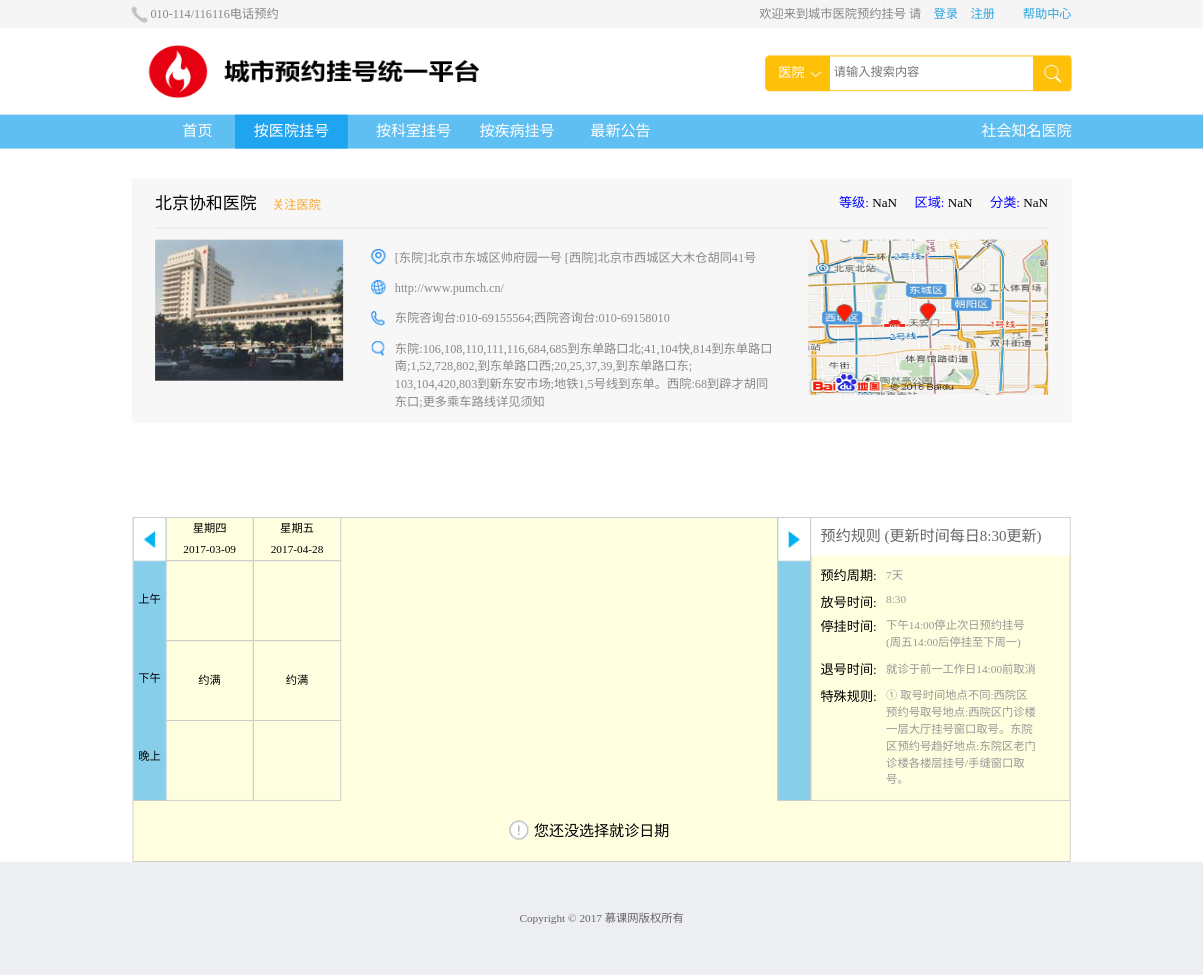
Repository: ScarApocalypse/study
Page: 挂号平台/scheduling.html
These files come from the project's save history. The page is drawn as it stood at one moment and after the next save; the edit follows.
The browser window is 1280 px wide. The pictures show the whole page, at 94% of full size.

Above is the page before, as saved 2019-03-02 10:47:13.

### 挂号平台/scheduling.html
<!DOCTYPE html>
<html lang="en">

<head>
    <meta charset="UTF-8">
    <title>城市预约挂号</title>
    <link rel="stylesheet" href="css/layout.css">
    <link rel="stylesheet" type="text/css" href="css/base.css">
    <link rel="stylesheet" type="text/css" href="css/ui.css">
    <link rel="stylesheet" href="css/hosptial.css">
    <link rel="stylesheet" href="css/hospital_detail.css">
    <link rel="stylesheet" href="css/scheduling.css">
    <script type="text/javascript" src="js/jquery-1.7.1.min.js"></script>
    <script type="text/javascript" src="js/data.js"></script>
    <script src="js/hosptial.js"></script>
</head>

<body>
    <!-- 顶部区域 -->
    <div id="top" class="top">
        <div class="wrap">
            <p class="call">010-114/116116电话预约</p>
            <p class="welcome">欢迎来到城市医院预约挂号&nbsp;请&nbsp;<a href="#">登录</a>
                <a href="#">注册</a>
                &nbsp;&nbsp;&nbsp;&nbsp;
                <a href="#">帮助中心</a>
            </p>

        </div>
    </div>
    <!-- 头部区域 -->
    <div id="header" class="header">
        <div class="wrap">
            <a href="index.html" class="logo">
                <img src="img/logo.png">
            </a>
            <div class="search ui-search">
                <div class="ui-search-selected">医院</div>
                <div class="ui-search-selected-list">
                    <a href="#">科室</a>
                    <a href="#">疾病</a>
                    <a href="#">医院</a>

                </div>
                <input class="ui-search-input" type="text" name="search-content" placeholder="请输入搜索内容">
                <a href="#" class="ui-search-submit"></a>
            </div>
        </div>
    </div>
    <!-- 导航栏区域 -->
    <div id="nav" class="nav">
        <div class="wrap">
            <a href="index.html" class="link">首页</a>
            <a href="hosptial.html" class="link link_focus">按医院挂号</a>
            <a href="#" class="link">按科室挂号</a>
            <a href="#" class="link">按疾病挂号</a>
            <a href="#" class="link">最新公告</a>
            <a href="#" class="link right">社会知名医院</a>
        </div>
    </div>
    <!-- 医院信息 -->
    <div class="hospitalDetail wrap">
        <div class="hospitalDetail-title">
            北京协和医院
            <a href="#" class="focus">关注医院</a>
            <div class="hospitalDetail-title-info">
                <span class="header">等级:</span>
                <span class="text">三级甲等</span>
                <span class="header">区域:</span>
                <span class="text">东城区</span>
                <span class="header">分类:</span>
                <span class="text">中国医科院所属医院</span>
            </div>
        </div>
        <div class="hospitalDetail-content">
            <img src="img/hospital-1.jpg" alt="">
            <img src="img/map-1.png" alt="">
            <div class="address">[东院]北京市东城区帅府园一号 [西院]北京市西城区大木仓胡同41号</div>
            <div class="website">http://www.pumch.cn/</div>
            <div class="phone">东院咨询台:010-69155564;西院咨询台:010-69158010</div>
            <div class="message">东院:106,108,110,111,116,684,685到东单路口北;41,104快,814到东单路口南;1,52,728,802,到东单路口西;20,25,37,39,到东单路口东;<br>103,104,420,803到新东安市场;地铁1,5号线到东单。西院:68到辟才胡同东口;更多乘车路线详见须知</div>
        </div>
    </div>
    <!-- 时间表区域 -->
    <div class="scheduling wrap">

        <div class="scheduling-content">
            <div class="con-left">
                <img src="img/icon-scheduling-left.jpg" alt="">
                <div class="morning">上午</div>
                <div class="afternoon">下午</div>
                <div class="night">晚上</div>
            </div>
            <div class="con-right">
                <img src="img/icon-scheduling-right.jpg" alt="">
            </div>
            <div class="con-middle">
                <div class="schedule">
                    <div class="schedule-item">
                        <div class="date">星期四<br>2017-03-09</div>
                        <div class="morning"></div>
                        <div class="afternoon">约满</div>
                        <div class="night"></div>
                    </div>


                </div>
            </div>

            <div class="rule">
                <div class="rule-caption">预约规则 <span class="addition">(更新时间每日8:30更新)</span></div>
                <div class="rule-content">
                    <div class="item">
                        <span class="title">预约周期:</span>
                        <span class="con">7天</span>
                    </div>
                    <div class="item">
                        <span class="title">放号时间:</span>
                        <span class="con">8:30</span>
                    </div>
                    <div class="item">
                        <span class="title">停挂时间:</span>
                        <span class="con">下午14:00停止次日预约挂号(周五14:00后停挂至下周一)</span>
                    </div>
                    <div class="item">
                        <span class="title">退号时间:</span>
                        <span class="con">就诊于前一工作日14:00前取消</span>
                    </div>
                    <div class="item">
                        <span class="title">特殊规则:</span>
                        <span class="con">① 取号时间地点不同:西院区预约号取号地点:西院区门诊楼一层大厅挂号窗口取号。东院区预约号趋好地点:东院区老门诊楼各楼层挂号/手缝窗口取号。</span>
                    </div>

                </div>
            </div>
            <div class="con-bottom">
                <img src="img/icon-info.jpg" alt="">
                您还没选择就诊日期
            </div>

        </div>
    </div>
    <!-- 页脚区域 -->
    <div id="footer" class="footer">
        Copyright &copy 2017 慕课网版权所有
    </div>
    <!-- 回到顶部 -->
    <!-- <a class="go-top" href="#"></a> -->
    <script type="text/javascript" src="js/ui.js"></script>
    <script src="js/hospital_detail.js"></script>
    <script src="js/scheduling.js"></script>
</body>

</html>

### 挂号平台/css/layout.css
*{
	margin:0;
	padding:0;
}
.clearfix:after{
	content:' ';
	display: block;
	height:0;
	line-height: 0;
	clear:both;
	zoom:1;
}
.wrap{
	width: 1000px;
	margin:0 auto;
	position: relative;

}
.top{
	height: 30px;
	background-color:#f5f5f5;
}
.header{
	height: 92px;
}
.nav{
	height: 36px;
	background-color:#60bff2;
}
.banner{
	width: 802px;
	margin:0 auto;
	height: 414px;
	padding:9px 0 0 198px;
}
.banner-slider{
	float: left;
	width: 544px;
	height: 414px;
	background-color: #8edff3;
}
.banner-search{
	float:right;
	width:250px;
	height:255px;
	background-color: #eee;
}
.banner-help{
	float: right;
	width: 250px;
	height: 146px;
	background-color: #ccc;
	margin-top:12px;
}
.content{
	padding:10px 0 38px 0;
}
.content-tab{
	float: left;
	width: 742px;
	height: 490px;
	background-color: #eee;
}
.content-close,
.content-news{
	float: right;
	width: 248px;
	height: 236px;
	border:1px solid #ccc;
}
.content-close{
	margin-top:12px;
	border-color:red;
}
.footer{
	height:70px;
	padding:25px;
	background-color: #eceef2;
}

### 挂号平台/css/ui.css
/*ui-search搜索*/
.ui-search {
	background: url(../img/ui-search.jpg);
	font-size: 14px;
	color: #fff;
	position: relative;
}

.ui-search-selected {
	width: 70px;
	height: 38px;
	line-height: 38px;
	position: absolute;
	left: 0;
	top: 0;
	text-indent: 14px;
}

.ui-search-selected-list {
	display: none;
	position: absolute;
	width: 67px;
	line-height: 24px;
	background-color: #fff;
	box-shadow: 3px 3px 5px rgba(0, 0, 0, .2);
	left: 2px;
	top: 36px;
	z-index: 2;
}

.ui-search-selected-list a {
	display: block;
	text-align: center;
	color: #a5a2a2;
}

.ui-search-selected-list a:hover {
	background-color: #ebeef5;
}

.ui-search-input {
	width: 208px;
	height: 26px;
	position: absolute;
	top: 5px;
	left: 73px;
	line-height: 26px;
	font-size: 13px;
	color: #a5a2a2;
}

.ui-search-submit {
	display: block;
	position: absolute;
	right: 0;
	top: 1px;
	width: 40px;
	height: 36px;
}

/* ui-menu分类菜单 */
.ui-menu{}
.ui-menu-item{
	height: 22px;
	line-height: 22px;
	padding:8px 5px 9px 6px;
	/* margin-left:2px; */
	/* position: relative; */
}
.ui-menu-item:hover{
	background: #fff;
}
.ui-menu-item-department{
	float: left;
	height: 22px;
	line-height: 22px;
	position: relative;
	padding-left:30px;
	font-size:14px;
	color:#fff;
}
.ui-menu-item-department:before{
	content:'';
	display:block;
	width: 22px;
	height: 21px;
	position: absolute;
	left:0;
	top:1px;
	background:url('../img/icon-menu.jpg') -22px 0 no-repeat;
}
.ui-menu-item:nth-child(2) .ui-menu-item-department:before{
	background-position-y:-22px;
}
.ui-menu-item:nth-child(3) .ui-menu-item-department:before{
	background-position-y:-66px;
}
.ui-menu-item-disease{
	font-size: 12px;
	float:right;
	padding-left:5px;
	color:#d7f3ff
}
.ui-menu-item:hover .ui-menu-item-department:before{
	background-position-x: 0;
}
.ui-menu-item:hover .ui-menu-item-department{
	color:#333;
}
.ui-menu-item:hover .ui-menu-item-disease{
	color:#868686;
}
.ui-menu-item:hover .ui-menu-item-detail{
	display: block;
}
.ui-menu-item-detail{
	display:none;
	position: absolute;
	width: 500px;
	height: 393px;
	padding:20px 10px 10px 29px;
	background:#fff url(../img/bg-menu.jpg) center no-repeat;
	top:0;
	left:190px;
	box-shadow:5px 5px 2px rgba(0,0,0,.1);
	z-index:9;

}
.ui-menu-item-detail-group{
	padding-bottom:20px;
	text-align: left;


}
.ui-menu-item-detail-group-caption{
	width: 100%;
	display:block;
	color:#666;
	font-size:16px;
	font-weight:bold;
	line-height: 34px;
	height: 34px;
}
.ui-menu-item-detail-group-list{
	line-height: 23px;
}
.ui-menu-item-detail-group-list a{
	display: inline-block;
	color:#868686;
	margin-right:8px;
	font-size:12px;
	padding-bottom:5px;
}
.ui-menu-item-detail-group-list a:after{
	content:'|';
	color:#eee;
	padding-left:8px;
}
/* ui-slider组件 */
.ui-slider{
	width: 544px;
	height: 414px;
	position: relative;
	overflow: hidden;
}
.ui-slider-wrap{
	width: 99999px;
	height: 414px;
	position: absolute;
	left:0;
	right:0;
	transition:all .5s;
}
.ui-slider-wrap .item{
	display: block;
	float:left;
	width: 544px;
	height: 414px;
}
.ui-slider-arrow{
	width: 544px;
	height: 40px;
	position: absolute;
	/* background: #000;	 */
	top:50%;
	transform: translateY(-50%);
}
.ui-slider-arrow .item{
	display: block;
	width: 40px;
	height: 40px;
	position: absolute;
	top:0;
	background: url(../img/ui-slider-arrow.png) no-repeat;
}
.ui-slider-arrow .left{
	left:0;
}
.ui-slider-arrow .right{
	right:0;
	background-position: -40px 0;
}
.ui-slider-process{
	width: 544px;
	height: 12px;
	text-align: center;
	position: absolute;
	left:0;
	bottom:20px;
}
.ui-slider-process .item{
	display: inline-block;
	width: 16px;
	height: 16px;
	background:url(../img/ui-slider-process.png) no-repeat;

}
.ui-slider-process .item_focus,
.ui-slider-process .item:hover{
	background-position: -23px 0;
}
/* 回到顶部 */
.ui-backTop{
	display: none;
	position: fixed;
	right:2px;
	bottom: 2px;
	z-index: 9;
	width: 40px;
	height: 40px;
	color: #fff;
	background:rgba(102,102,102,.9) url(../img/icon-go-up.png) center no-repeat;
}
.ui-backTop:hover{
	background: rgba(102,102,102,.9);
}
.ui-backTop:hover:after{
	content:'回到顶部';
	display: block;
	line-height: 20px;
	text-align: center;
}

### 挂号平台/css/hosptial.css
/* 筛选区域 */
.filter{
    min-height: 100px;
    background-color: #fbfbfb;
    margin:20px auto;
}
.filter .group{
    padding:15px 60px 15px 180px;
    color:#4c4948;
    font-size:12px;
    line-height: 18px;
    min-height:30px;
    position: relative;
}
.filter .group .caption{
    position: absolute;
    left: 30px;
    top: 21px;
    width: 150px;
}
.filter .group .condition{
   color:#4c4948;
   display: inline-block;
   position: relative;
   margin:6px 24px 6px 0px;
   padding:0 5px;
}
.filter .group .caption .condition{
    position: absolute;
    right:0;
    top: -6px;
}
.filter .group .caption .condition::before,
.filter .group .condition::after{
    content:'';
    display: block;
    width: 1px;
    height: 18px;
    background: #dcdddd;
    position: absolute;
    top:0;
    right:-12px;
}
.filter .group .caption .condition::before{
    left:-12px;
}
.filter .group .condition_focus,
.filter .group .condition:hover{
    color:#fff;
    background-color:#60bff2;
}
/* 医院列表 */
.datalist .item{
    height: 130px;
    padding:23px 0 23px 224px;
    border:1px solid #f4f6fa;
    border-bottom:none;
    position: relative;
}
.datalist .item .cover{
    width: 180px;
    height: 130px;
    position: absolute;
    overflow: hidden;
    left: 15px;
    top: 23px;
}
.datalist .item:hover{
    background-color:#f5fcff;
}
.data .item .cover img{
    width: 100%;
    height: 100%;
}
.datalist .item .name{
    padding:13px 0;
    color:#000;
    font-size:15px;
}
.datalist .item .name .level{
    padding:0 2px 0 14px;
    color:#f7b52c;
    font-size: 12px;
}
.datalist .item .address,
.datalist .item .phone,
.datalist .item .time{
    margin-bottom:8px;
    font-size: 13px;
    color:#888;
    line-height: 17px;
    padding-left:22px;
    background: url(../img/icon-tel.png) no-repeat;
    background-position: 1px -36px;
}
.datalist .item .phone{
    background-position: 1px 0;
}
.datalist .item .address{
    background-position: 1px -17px;
}
.datalist .item .button{
    position: absolute;
    width: 105px;
    height: 37px;
    right: 70px;
    top:76px;
    display: block;
    background:url(../img/button-now.png) no-repeat  center left;
}
.datalist .item .button:hover{
    background-position: center right;
}
/* 分页区域 */
.pagination{
    height: 45px;
    line-height: 25px;
    border:1px solid #f4f6fa;
    text-align: center;
    color:#666;
    font-size:15px;
    margin-bottom:200px;
    padding:10px 0;
    box-sizing: border-box;
}
.pagination .item{
    margin-left:14px;
    color:#666;
    display: inline-block;
}
.pagination .item_icon:hover{
    background-color: #00b3ec;
}
.pagination .item_icon{
    background:url(../img/icon-pagination-arrow.png) no-repeat;
}
.pagination .item_prev{
    background-position: 6px -15px;
}
.pagination .item_prev:hover{
    background-position: -20px -15px;
}
.pagination .item_next{
    background-position: 8px 4px;
}
.pagination .item_next:hover{
    background-position: -18px 4px;
}
.pagination .input_page,
.pagination .item_page,
.pagination .item_icon{
    display: inline-block;
    width: 23px;
    height: 23px;
    line-height: 23px;
    border:solid 1px #dcdddd;
    border-radius:3px;
}
.pagination .item_page_focus{
    background:#00b3ec;
    color:#fff
}
.pagination .input_page{
    width: 45px;
    text-align: center;
}
.pagination .input_submit{
    width: 34px;
    height: 25px;
    display: inline-block;
    margin-left:10px;
    background:url(../img/icon-pagination-go.png);
    vertical-align:middle;
    cursor: pointer;
}

### 挂号平台/css/scheduling.css
.scheduling{
    width: 996px;
    height: 365px;
    overflow: hidden;
    /* display: inline-block; */
    position: relative;
    background:lightyellow;
    margin-top:100px;
    border:1px solid #ccc;
    /* z-index:-1; */
}
.scheduling img{
    margin-top:-1px;
}
.scheduling .con-left,
.scheduling .con-right
{
    width: 34px;
    height: 300px;
    background:skyblue;
    border:1px solid #ccc;
    /* float: left; */
    position: absolute;

    margin:-1px 0 0 -1px;
}
.scheduling .con-right{
    right:275px;
}
.scheduling .con-middle{
    position: absolute;
    /* border:1px solid #ccc; */
    left:35px;
    top:-1px;
    overflow: hidden;
    width: 651px;
    height: 302px;
}
.scheduling .con-middle .schedule{
    width: 9999px;
    position: absolute;
    top:0;
    left:0;
}
.scheduling .con-middle .schedule-item{
    float: left;
   width: 94px;
   margin-left:-1px;
}
.scheduling .con-middle .schedule-item .date{
    height: 45px;
    border:1px solid #ccc;
    font-size:12px;
    text-align: center;
    line-height: 22px;
}
.scheduling .con-left .morning,
.scheduling .con-left .afternoon,
.scheduling .con-left .night,
.scheduling .con-middle .schedule-item .morning,
.scheduling .con-middle .schedule-item .afternoon,
.scheduling .con-middle .schedule-item .night
{
    border:1px solid #ccc;
    height: 84px;
    margin-top:-1px;
    line-height: 84px;
    text-align: center;
    font-size:12px;
}
.scheduling .con-left .morning,
.scheduling .con-left .afternoon,
.scheduling .con-left .night{
    border:0;
}
.scheduling .rule{
    border:1px solid #ccc;
    height: 300px;
    position: absolute;
    right:-1px;
    top:-1px;

}
.scheduling .rule .rule-caption{
    background: #fff;
}
.scheduling .rule .rule-content{
    height: 250px;
}
.scheduling .con-bottom{
    width: 100%;
    height: 64px;
    text-align: center;
    position: absolute;
    bottom:0;
    /* background:#ccc; */
    line-height: 64px;
}
.scheduling .con-bottom img{
    position: absolute;
    top:50%;
    transform: translateY(-50%);
    left:400px;
}

### 挂号平台/js/scheduling.js
$(function(){
    alert(window.location.href);
    var scheduleItem=$('.scheduling .con-middle .schedule .schedule-item');
    var schedule=scheduleItem.parent();
    var days=["星期日","星期一","星期二","星期三","星期四","星期五","星期六"]
    var newItem=scheduleItem.eq(0).clone();
        var month=newItem.html().split("-")[1];
        var day=parseInt(newItem.html().split("-")[2].split("<")[0]);
    for(var i=0;i<50;i++){
        var date=days[(i+5)%7];

        // newItem=scheduleItem.eq(0).clone();
        day=parseInt(day);
        day++;
        if(day>31){
            day=01;
            month++;
            month="0"+month;
        }
        if(day<10){
            day="0"+day;
        }
        newItem.find('.date').html(date+"<br>"+"2017-"+month+"-"+day);
        schedule.append(newItem);

    }
    var prevBtn=$('.scheduling .con-left img');
    var nextBtn=$('.scheduling .con-right img');
    prevBtn.click(function(){
        var newLeft=0;
       var Left=schedule.position().left;

       if(Left<0){
            newLeft=Left+651;
       }

       schedule.filter(':not(:animated)').animate({left:newLeft+"px"},300);
    });
    nextBtn.click(function(){

        var newLeft=0;
       var Left=schedule.position().left;

       if(Left>-651*6){
            newLeft=Left-651;
       }else{
           newLeft=Left;
       }
        schedule.filter(':not(:animated)').animate({left:newLeft+"px"},600);
     });

});

Loaded but not shown: 挂号平台/js/jquery-1.7.1.min.js (library); 挂号平台/js/hosptial.js (158 lines, source omitted); 挂号平台/js/data.js (181 lines, source omitted); 挂号平台/js/ui.js (164 lines, source omitted); 挂号平台/js/hospital_detail.js (41 lines, source omitted); 挂号平台/css/hospital_detail.css (271 lines, source omitted); 挂号平台/css/base.css (335 lines, source omitted)

After the next save:
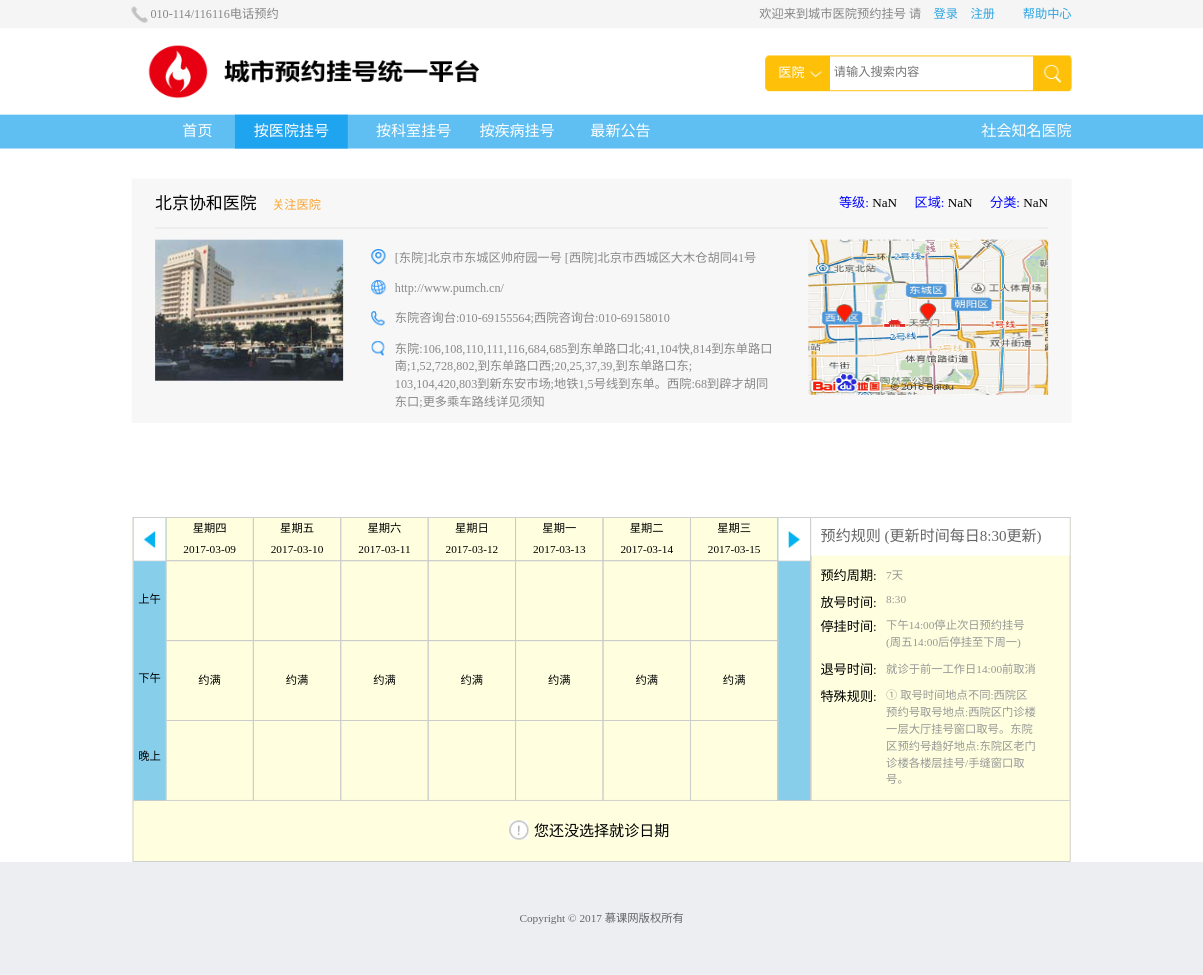
Saved 88 s later.
--- a/挂号平台/js/scheduling.js
+++ b/挂号平台/js/scheduling.js
@@ -9,7 +9,7 @@
     for(var i=0;i<50;i++){
         var date=days[(i+5)%7];
 
-        // newItem=scheduleItem.eq(0).clone();
+        newItem=scheduleItem.eq(0).clone();
         day=parseInt(day);
         day++;
         if(day>31){
